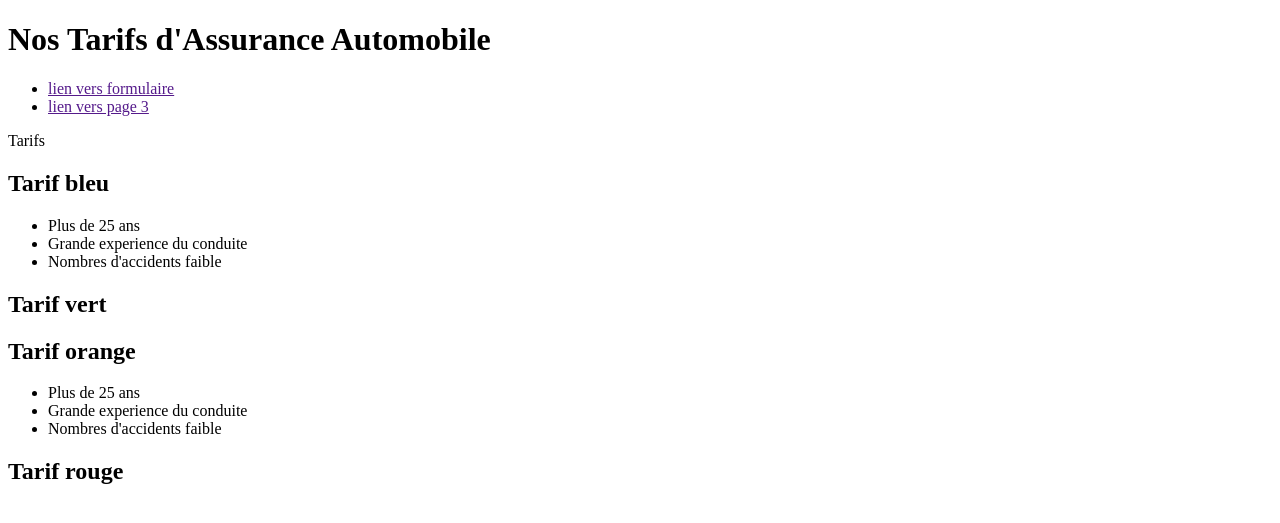
Repository: Coumba25040/coumbaProjet
Page: Site assurance/index.html
An editor plug-in stored every save of this project. The page is shown before and after the next save, followed by the edit.
The browser window is 1280 px wide. The pictures show the whole page.

Above is the page before, as saved 2024-10-15 10:16:21.

After the next save:
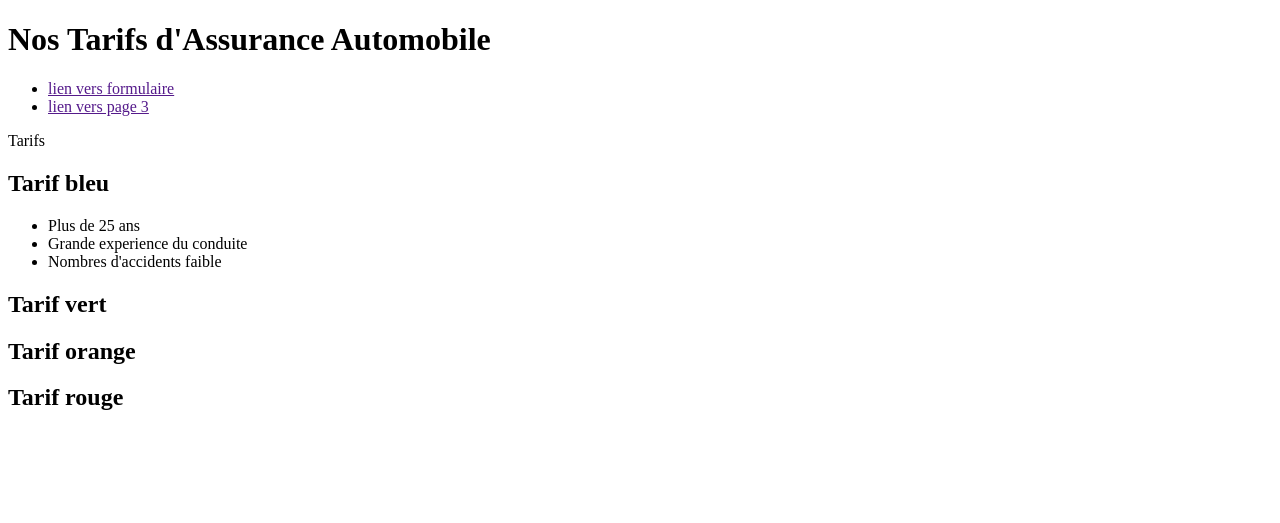
Saved 13 s later.
--- a/Site assurance/index.html
+++ b/Site assurance/index.html
@@ -43,12 +43,7 @@
             <h2>Tarif orange</h2>
             <!--  d'un contenu du théme mais il ce suffit a lui-même  -->
 
-           <ul>
 
-            <li>Plus de 25 ans</li>
-            <li>Grande experience du conduite</li>
-            <li>Nombres d'accidents faible</li>
-        </ul>
 
 
         </article>
